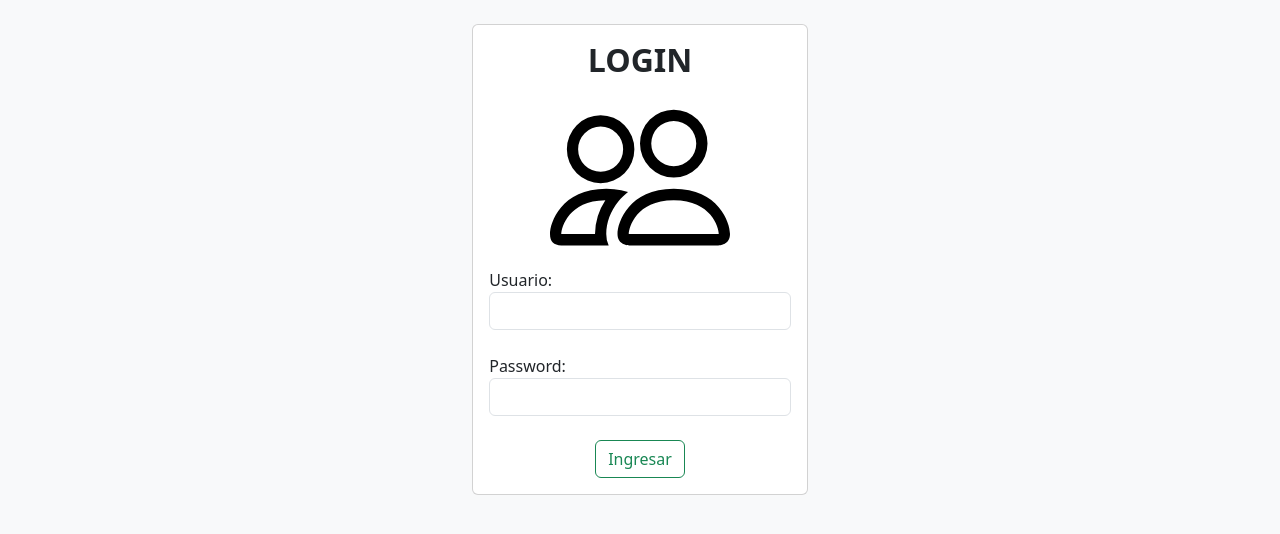
Repository: WilmerOcampo/LP1_Biblioteca
Page: http://localhost/Proyecto/login.jsp
The author's editor kept a copy of each file at every save. The page is drawn from the files as they stood at one save, then again after the next save.
The browser window is 1280 px wide. The pictures show the whole page.
The page is served by Tomcat 10. Other server files are loaded and not shown.

Above is the page before, as saved 2023-05-31 16:20:41.

### Proyecto/src/main/webapp/login.jsp
<%@ page language="java" contentType="text/html; charset=ISO-8859-1"
    pageEncoding="ISO-8859-1"%>
<!DOCTYPE html>
<html>
<head>
<meta charset="ISO-8859-1">
<link href="https://cdn.jsdelivr.net/npm/bootstrap@5.3.0-alpha3/dist/css/bootstrap.min.css" rel="stylesheet" integrity="sha384-KK94CHFLLe+nY2dmCWGMq91rCGa5gtU4mk92HdvYe+M/SXH301p5ILy+dN9+nJOZ" crossorigin="anonymous">
<title>Login</title>
</head>
<body class="bg-light">
	<div class="container mt-4 col-lg-4 d-flex justify-content-center">
		<div class="card col-sm-10">
			<div class="card-body">
				<form action="ValidarServlet" method="POST" class="form-sign">
					<div class="form-group text-center d-flex flex-column justify-content-center align-items-center">
						<h3 style="font-weight: 700; font-size: 2rem; text-transform: uppercase;">Login</h3>
						<img alt="Logo" src="img/people.svg" width="60%">
					</div>
					<div class="form-group">
						<label>Usuario:</label>
						<input type="text" name="usuario" id="usuario" class="form-control">
					</div>
					<br>
					<div class="form-group">
						<label>Password:</label>
						<input type="password" name="password" id="password" class="form-control">
					</div>
					<br>
					<div style="text-align: center">
						<input type="submit" name="accion" value="Ingresar" class="btn btn-outline-success">
					</div>

				</form>
			</div>
		</div>
	</div>
<script src="https://cdn.jsdelivr.net/npm/bootstrap@5.3.0-alpha3/dist/js/bootstrap.bundle.min.js" integrity="sha384-ENjdO4Dr2bkBIFxQpeoTz1HIcje39Wm4jDKdf19U8gI4ddQ3GYNS7NTKfAdVQSZe" crossorigin="anonymous"></script>
</body>
</html>

### Proyecto/src/main/webapp/img/people.svg
<svg xmlns="http://www.w3.org/2000/svg" width="16" height="16" fill="currentColor" class="bi bi-people" viewBox="0 0 16 16">
  <path d="M15 14s1 0 1-1-1-4-5-4-5 3-5 4 1 1 1 1h8Zm-7.978-1A.261.261 0 0 1 7 12.996c.001-.264.167-1.03.76-1.72C8.312 10.629 9.282 10 11 10c1.717 0 2.687.63 3.24 1.276.593.69.758 1.457.76 1.72l-.008.002a.274.274 0 0 1-.014.002H7.022ZM11 7a2 2 0 1 0 0-4 2 2 0 0 0 0 4Zm3-2a3 3 0 1 1-6 0 3 3 0 0 1 6 0ZM6.936 9.28a5.88 5.88 0 0 0-1.23-.247A7.35 7.35 0 0 0 5 9c-4 0-5 3-5 4 0 .667.333 1 1 1h4.216A2.238 2.238 0 0 1 5 13c0-1.01.377-2.042 1.09-2.904.243-.294.526-.569.846-.816ZM4.92 10A5.493 5.493 0 0 0 4 13H1c0-.26.164-1.03.76-1.724.545-.636 1.492-1.256 3.16-1.275ZM1.5 5.5a3 3 0 1 1 6 0 3 3 0 0 1-6 0Zm3-2a2 2 0 1 0 0 4 2 2 0 0 0 0-4Z"/>
</svg>

After the next save:
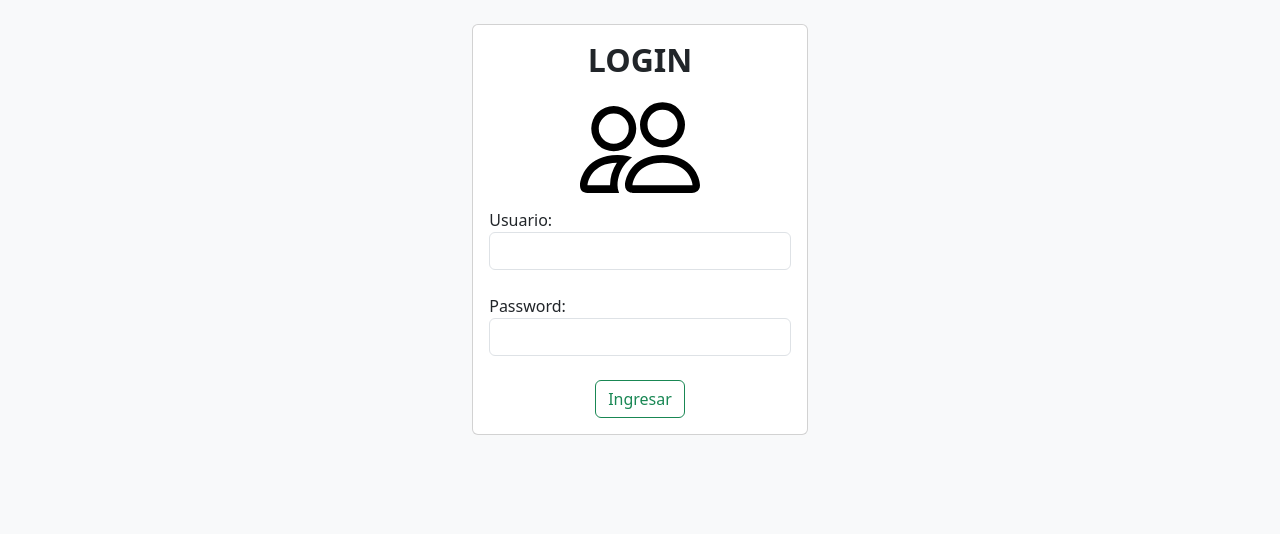
Saved 7 s later.
--- a/Proyecto/src/main/webapp/login.jsp
+++ b/Proyecto/src/main/webapp/login.jsp
@@ -14,7 +14,7 @@
 				<form action="ValidarServlet" method="POST" class="form-sign">
 					<div class="form-group text-center d-flex flex-column justify-content-center align-items-center">
 						<h3 style="font-weight: 700; font-size: 2rem; text-transform: uppercase;">Login</h3>
-						<img alt="Logo" src="img/people.svg" width="60%">
+						<img alt="Logo" src="img/people.svg" width="40%">
 					</div>
 					<div class="form-group">
 						<label>Usuario:</label>
